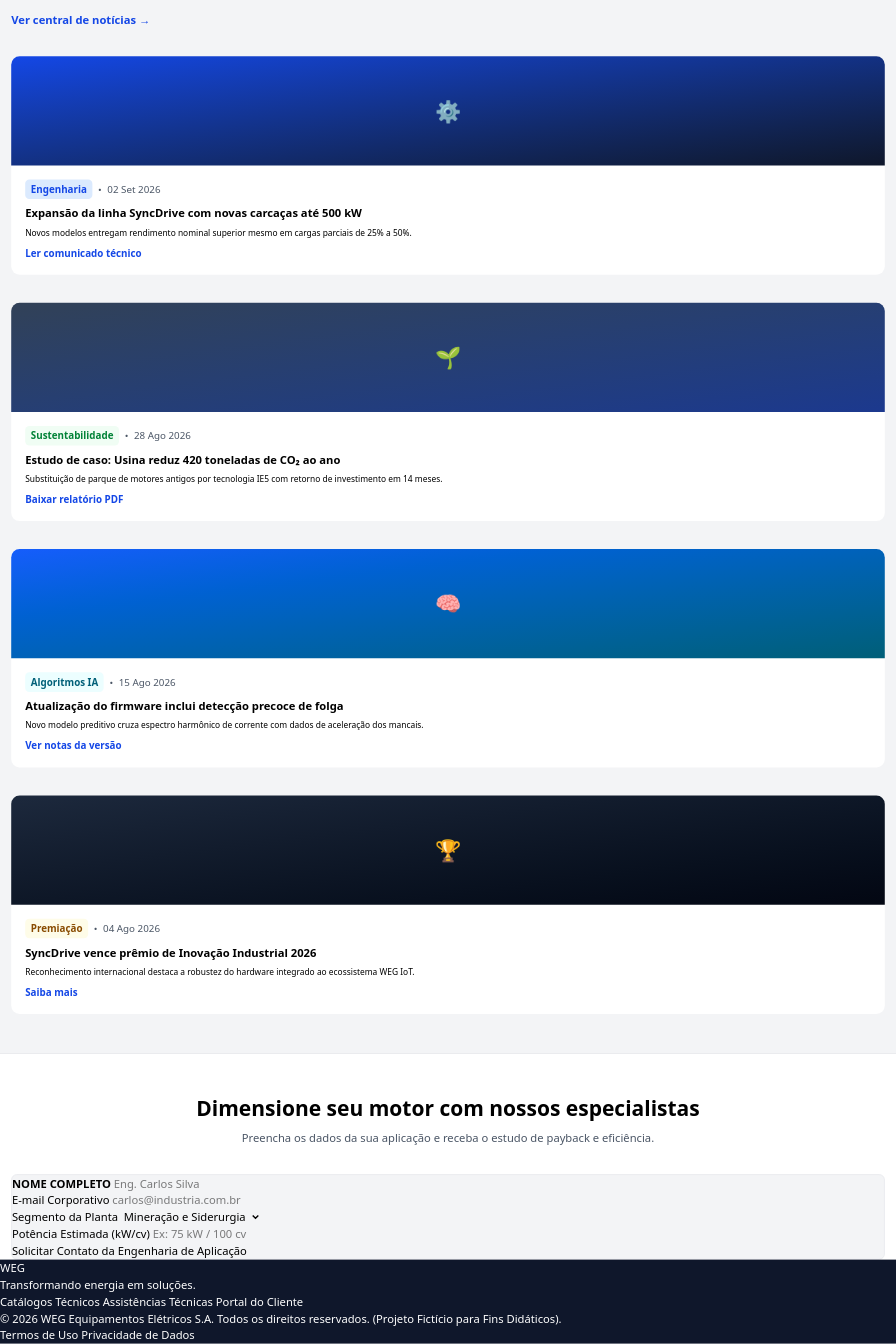
Repository: camilewng/Exercicio-Tailwind
Page: index.html
The author's editor kept a copy of each file at every save. The page is drawn from the files as they stood at one save, then again after the next save.
The browser window is 1280 px wide. The pictures show the part of the page from y = 3008 to 4928 px (the page is 4928 px tall before and 4904 px after), at 70% of full size.

Above is the page before, as saved 2026-09-14 18:05:04.

### index.html
<!DOCTYPE html>
<html lang="pt-BR">
<head>
  <meta charset="UTF-8">
  <meta name="viewport" content="width=device-width, initial-scale=1.0">
  <title>WEG SyncDrive IoT - Exercício Tailwind CSS</title>
  <script src="https://cdn.jsdelivr.net/npm/@tailwindcss/browser@4"></script>
</head>
<body>

  <!-- ==========================================
       1. HEADER / NAVBAR
       Desafio:
       - Fixar no topo (sticky top-0) com fundo translúcido/blur.
       - Logo WEG em destaque com fundo azul industrial.
       - Menu oculto em telas pequenas e visível em lg:.
  =========================================== -->
  <header>
    <div class="flex flex-row justify-between border-b border-gray-300 mb-15">
      <div class="flex">
        <div class="bg-blue-600 text-white text-2xl font-black w-20 h-10 text-center pt-0.75 rounded-sm m-3">
          WEG
        </div>
        <div class="flex flex-col border-l-2 border-gray-300 h-10 pl-2 mt-3">
          <span class="font-bold">SyncDrive</span>
          <span class="text-blue-600 uppercase font-medium text-xs">Industrial IoT</span>
        </div>
      </div>

      <nav class="hidden">
        <a href="#solucao">A Solução</a>
        <a href="#recursos">Tecnologia</a>
        <a href="#metricas">Performance</a>
        <a href="#aplicacoes">Aplicações</a>
        <a href="#novidades">Notícias</a>
      </nav>

      <div class="flex">
        <a href="#contato" class="hidden">Falar com Consultor</a>
        <a href="#contato" class="bg-blue-600 text-white px-4 py-2 mr-3 mt-3 mb-3 rounded-sm font-medium">
          Especificar Motor
        </a>
      </div>
    </div>
  </header>

  <main >
    <!-- ==========================================
         2. HERO SECTION
         Desafio:
         - Layout em grid de 2 colunas no desktop (texto + painel de telemetria).
         - Centralizado no mobile, alinhado à esquerda em lg:.
         - Estilizar o card escuro de telemetria com badges e status.
    =========================================== -->
    <section id="solucao" class="bg-gradient-to-t from-gray-200 to-white pb-15" >
      <div>
      <div >
        <div>

          <!-- Coluna 1: Conteúdo Textual -->
          <div class="flex flex-col">
            <span class="bg-blue-50 border border-blue-300 uppercase text-sm text-blue-600
                         font-semibold p-1 px-3 rounded-4xl flex mx-11 mb-6">
              Indústria 4.0 & Manutenção Preditiva
            </span>
            <h1 class="font-black text-3xl text-center w-85 mx-8 mb-6 leading-9">WEG SyncDrive: Confiabilidade extrema com inteligência preditiva.</h1>
            <p class="text-gray-600 text-center mx-2 mb-6">
              O motor elétrico síncrono que combina rendimento ultra-premium (IE5), sensoriamento integrado de vibração e temperatura e conectividade instantânea com a nuvem WEG IoT.
            </p>
            <div class="flex flex-col">
              <a href="#contato" class="bg-blue-600 mx-4 text-white flex justify-center font-medium py-3 rounded-sm mb-3">
                Solicitar Folha de Dados
              </a>
              <a href="#recursos" class="border border-gray-300 text-gray-700 font-semibold flex justify-center mx-4 py-3 rounded-sm bg-white mb-10">
                Conhecer a Arquitetura
              </a>
            </div>
          </div>

          <!-- Coluna 2: Card de Telemetria IoT -->
          <div class="bg-slate-900 text-white mx-4 rounded-2xl p-7 ">
            <div>
              <div class="flex justify-between border-b border-gray-600 mb-3">
                <span class="text-blue-400 text-sm mb-4">NODE_ID: WEG-MTR-8842</span>
                <div>
                  <span></span>
                  <span class="flex text-sm text-gray-400">Online 60Hz</span>
                </div>
              </div>

              <div>
                <div class="bg-slate-800 p-3 rounded-lg mb-4">
                  <span  class="text-sm text-gray-400">Eficiência Energética</span>
                  <div class="font-bold text-2xl">96.8% <span class="text-green-300 font-normal text-sm">(Padrão IE5)</span></div>
                </div>

                <div class="flex flex-row gap-4">
                  <div class="bg-slate-800 p-4 rounded-lg mb-4">
                    <span class="text-gray-400 text-sm">Vibração RMS</span>
                    <div class="font-semibold text-xl pb-2 pr-5">0.82 mm/s</div>
                    <span class="text-green-300 text-xs">✓ Faixa Ideal ISO</span>
                  </div>
                  <div class="bg-slate-800 p-4 rounded-lg mb-4">
                    <span class="text-gray-400 text-sm" >Temp. Mancal</span>
                    <div class="font-semibold text-xl pr-13 pb-2">62.4 °C</div>
                    <span class="text-blue-400 text-xs">Normal (PT100)</span>
                  </div>
                </div>

                <div class="bg-blue-950 text-xs px-3 py-3 text-blue-200/90 rounded-lg border border-blue-500/30">
                  ⚡ Previsão de manutenção: operação normal pelos próximos 12 meses.
                </div>
              </div>
            </div>
          </div>

        </div>
      </div>
    </section>

    <!-- ==========================================
         3. RECURSOS / ESPECIFICAÇÕES TÉCNICAS
         Desafio:
         - Grid responsivo de 3 colunas (1 col mobile, 3 cols desktop).
         - Efeito hover nos cards com transição suave de borda ou sombra.
    =========================================== -->
    <section id="recursos" class="p-5">
      <div>
        <div>
          <h2 class="font-black text-3xl text-center mt-12 mb-4">Engenharia pensada para regime contínuo</h2>
          <p class="text-gray-600 text-center mb-15">Projetado para suportar ambientes industriais severos sem comprometer o fluxo operacional.</p>
        </div>

        <div>
          <article class="bg-gray-100 p-5 rounded-lg border border-gray-300/80 mb-8">
            <div class="flex justify-center items-center bg-blue-100 w-11 h-11 rounded-lg mb-4">⚙️</div>
            <h3 class="text-xl font-bold mb-3">Nível de Rendimento IE5</h3>
            <p class="text-gray-600">Rotores com ímãs permanentes de terras raras que eliminam perdas por efeito Joule no rotor, gerando até 35% de economia em perdas elétricas.</p>
          </article>

          <article class="bg-gray-100 p-5 rounded-lg border border-gray-300/80 mb-8">
            <div class="flex justify-center items-center bg-blue-100 w-11 h-11 rounded-lg mb-4">📡</div>
            <h3 class="text-xl font-bold mb-3">Módulo IoT Plug & Play</h3>
            <p class="text-gray-600">Sensores triaxiais acoplados de fábrica comunicando via Bluetooth Low Energy ou redes industriais cabeadas diretamente com o gateway da planta.</p>
          </article>

          <article class="bg-gray-100 p-5 rounded-lg border border-gray-300/80 mb-8">
            <div class="flex justify-center items-center bg-blue-100 w-11 h-11 rounded-lg mb-4">🛡️</div>
            <h3 class="text-xl font-bold mb-3">Grau de Proteção IP66 / W3</h3>
            <p class="text-gray-600">Carcaça em ferro fundido de alta resistência mecânica com pintura anticorrosiva de alto desempenho, apto para atmosferas agressivas.</p>
          </article>
        </div>
      </div>
    </section>

    <!-- ==========================================
         4. MÉTRICAS / NÚMEROS INDUSTRIAIS
         Desafio:
         - Seção de alto contraste (fundo escuro slate-900).
         - Grid de 2 colunas no mobile e 4 colunas em telas maiores.
    =========================================== -->
    <section id="metricas" class="bg-slate-900">
      <div>
        <div class="grid grid-rows-2 grid-cols-2 pt-10 pb-5 px-8 gap-5">
          <div class="border-b border-gray-800 col-start-1 col-end-2 row-start-1 row-end-2">
            <div class="text-blue-400/90 font-black text-3xl text-center pb-1 pt-3">-70%</div>
            <div class="text-gray-300 text-sm pb-8">Paradas Não Planejadas</div>
          </div>
          <div  class="border-b border-gray-800 col-start-2 col-end-3 row-start-1 row-end-2 ">
            <div class="text-blue-400/90 font-black text-3xl text-center pb-1 pt-3">IE5</div>
            <div class="text-gray-300 text-sm">Classificação Energética</div>
          </div>
          <div class="col-start-1 col-end-2 row-start-2 row-end-3" >
            <div class="text-blue-400/90 font-black text-3xl text-center pb-1 pt-3">100k+</div>
            <div class="text-gray-300 text-xs">Horas de Vida dos Mancais</div>
          </div>
          <div class="col-start-2 col-end-3 row-start-2 row-end-3">
            <div class="text-blue-400/90 font-black text-3xl text-center pb-1 pt-3">24/7</div>
            <div class="text-gray-300 text-sm text-center">Telemetria em Nuvem</div>
          </div>
        </div>
      </div>
    </section>

    <!-- ==========================================
         5. APLICAÇÕES INDUSTRIAIS
         Desafio:
         - Grid de 4 colunas adaptável (1 col mobile, 2 sm, 4 lg).
         - Uso de tags de categoria uppercase com tipografia reduzida.
    =========================================== -->
    <section id="aplicacoes" class="pb-8 border-b border-gray-300/80">
      <div>
        <div>
          <h2 class="font-bold text-3xl text-center mt-15 mb-3">Projetado para indústrias críticas</h2>
          <p class="text-gray-600 text-center mx-5 mb-10">Linhas de montagem e processos onde a interrupção não é uma opção.</p>
        </div>

        <div class="flex flex-col">
          <div class="bg-gray-100 rounded-md border border-gray-300/80 mx-4 p-3 mb-6">
            <span class="uppercase text-blue-600 font-semibold text-sm">Mineração</span>
            <h4 class="text-xl font-bold mt-2 mb-2">Correias & Britadores</h4>
            <p class="text-gray-500 text-sm">Torque constante em baixas rotações sem necessidade de redutores pesados.</p>
          </div>

          <div class="bg-gray-100 rounded-md border border-gray-300/80 mx-4 p-3 mb-6">
            <span class="uppercase text-blue-600 font-semibold text-sm">Saneamento</span>
            <h4 class="text-xl font-bold mt-2 mb-2">Estações de Bombeamento</h4>
            <p class="text-gray-500 text-sm">Redução drástica do custo de kWh em bombas centrífugas de regime 24 horas.</p>
          </div>

          <div class="bg-gray-100 rounded-md border border-gray-300/80 mx-4 p-3 mb-6">
            <span class="uppercase text-blue-600 font-semibold text-sm">Papel & Celulose</span>
            <h4 class="text-xl font-bold mt-2 mb-2">Secadores e Bobinadeiras</h4>
            <p  class="text-gray-500 text-sm">Precisão milimétrica de sincronismo de velocidade entre rolos condutores.</p>
          </div>

          <div class="bg-gray-100 rounded-md border border-gray-300/80 mx-4 p-3 mb-6">
            <span class="uppercase text-blue-600 font-semibold text-sm">Agroindústria</span>
            <h4 class="text-xl font-bold mt-2 mb-2">Silos & Ventiladores</h4>
            <p class="text-gray-500 text-sm">Operação imune a poeira condutiva com baixo índice de aquecimento residual.</p>
          </div>
        </div>
      </div>
    </section>

    <!-- ==========================================
         6. NOVIDADES / NOTÍCIAS (4 ITENS)
         Desafio:
         - Cabeçalho com alinhamento justify-between.
         - 4 cards em grid: 1 col (mobile), 2 cols (md), 4 cols (lg).
         - Imagem/banner visual com gradiente em cada notícia.
         - Flexbox nos cards para fixar o link de leitura no rodapé.
    =========================================== -->
    <section id="novidades" class="bg-gray-100 p-4 border-b border-gray-200">
      <div>

        <div>
          <div class="flex flex-col">
            <span class="uppercase text-blue-700 font-semibold text-sm mt-15">Sala de Imprensa & Artigos</span>
            <h2 class="font-black text-3xl mt-2 mb-4">Últimas notícias WEG SyncDrive</h2>
          </div class="flex">
          <a href="#" class="text-blue-700 font-semibold">Ver central de notícias →</a>
        </div>

        <div>
          <!-- Notícia 1 -->
          <article class="bg-white rounded-xl mt-10">
            <div class="text-3xl py-15 text-center bg-gradient-to-br from-blue-700 to-slate-900 rounded-t-xl ">⚙️</div>
            <div class="px-5 py-5">
              <div class="flex">
                <span class="bg-blue-100 py-1 px-2 rounded-md text-blue-700 font-semibold text-sm mb-2 mr-2">Engenharia</span>
                <span class="text-gray-600 text-sm mr-2 pt-1">•</span>
                <time class="text-gray-600 text-sm pt-1">02 Set 2026</time>
              </div>
              <h3>
                <a href="#" class="font-bold text-md">Expansão da linha SyncDrive com novas carcaças até 500 kW</a>
              </h3>
              <p class="text-xs py-2">Novos modelos entregam rendimento nominal superior mesmo em cargas parciais de 25% a 50%.</p>
              <a href="#" class="text-blue-700 font-semibold text-sm">Ler comunicado técnico</a>
            </div>
          </article>

          <!-- Notícia 2 -->
          <article class="bg-white rounded-xl mt-10">
            <div class="text-3xl py-15 text-center bg-gradient-to-br from-slate-700 to-blue-900 rounded-t-xl ">🌱</div>
            <div class="px-5 py-5">
              <div class="flex">
                <span class="bg-green-50 py-1 px-2 rounded-md text-green-700 font-semibold text-sm mb-2 mr-2">Sustentabilidade</span>
                <span class="text-gray-600 text-sm mr-2 pt-1">•</span>
                <time class="text-gray-600 text-sm pt-1">28 Ago 2026</time>
              </div>
              <h3>
                <a href="#" class="font-bold text-md">Estudo de caso: Usina reduz 420 toneladas de CO₂ ao ano</a>
              </h3>
              <p class="text-xs py-2">Substituição de parque de motores antigos por tecnologia IE5 com retorno de investimento em 14 meses.</p>
              <a href="#" class="text-blue-700 font-semibold text-sm">Baixar relatório PDF</a>
            </div>
          </article>

          <!-- Notícia 3 -->
          <article class="bg-white rounded-xl mt-10">
            <div class="text-3xl py-15 text-center bg-gradient-to-br from-blue-600 to-cyan-800 rounded-t-xl ">🧠</div>
            <div class="px-5 py-5">
              <div class="flex">
                <span class="bg-cyan-50 py-1 px-2 rounded-md text-cyan-800 font-semibold text-sm mb-2 mr-2">Algoritmos IA</span>
                <span class="text-gray-600 text-sm mr-2 pt-1">•</span>
                <time class="text-gray-600 text-sm pt-1">15 Ago 2026</time>
              </div>
              <h3>
                <a href="#" class="font-bold text-md">Atualização do firmware inclui detecção precoce de folga</a>
              </h3>
              <p class="text-xs py-2">Novo modelo preditivo cruza espectro harmônico de corrente com dados de aceleração dos mancais.</p>
              <a href="#" class="text-blue-700 font-semibold text-sm">Ver notas da versão</a>
            </div>
          </article>

          <!-- Notícia 4 -->
          <article class="bg-white rounded-xl mt-10 mb-10">
            <div class="text-3xl py-15 text-center bg-gradient-to-br from-slate-800 to-gray-950 rounded-t-xl ">🏆</div>
            <div class="px-5 py-5">
              <div class="flex">
                <span class="bg-yellow-50 py-1 px-2 rounded-md text-yellow-800 font-semibold text-sm mb-2 mr-2">Premiação</span>
                <span class="text-gray-600 text-sm mr-2 pt-1">•</span>
                <time class="text-gray-600 text-sm pt-1">04 Ago 2026</time>
              </div>
              <h3>
                <a href="#" class="font-bold text-md">SyncDrive vence prêmio de Inovação Industrial 2026</a>
              </h3>
              <p class="text-xs py-2">Reconhecimento internacional destaca a robustez do hardware integrado ao ecossistema WEG IoT.</p>
              <a href="#" class="text-blue-700 font-semibold text-sm">Saiba mais</a>
            </div>
          </article>
        </div>

      </div>
    </section>

    <!-- ==========================================
         7. FORMULÁRIO DE CONTATO / DIMENSIONAMENTO
         Desafio:
         - Inputs estilizados com focus rings.
         - Grid de formulário com campos em 2 colunas no desktop.
    =========================================== -->
    <section id="contato">
      <div>
        <div>
          <h2 class="text-3xl px-5 font-bold text-center pb-3 mt-15">Dimensione seu motor com nossos especialistas</h2>
          <p class="text-center px-5 text-gray-600 pb-10">Preencha os dados da sua aplicação e receba o estudo de payback e eficiência.</p>
        </div>

        <form class="bg-gray-100 mx-4 border border-gray-200 rounded-lg">
          <div class="flex flex-col">
            <div>
              <label class="uppercase font-semibold">Nome Completo</label>
              <input type="text" placeholder="Eng. Carlos Silva">
            </div>
            <div>
              <label>E-mail Corporativo</label>
              <input type="email" placeholder="carlos@industria.com.br">
            </div>
          </div>

          <div>
            <div>
              <label>Segmento da Planta</label>
              <select>
                <option>Mineração e Siderurgia</option>
                <option>Papel e Celulose</option>
                <option>Saneamento e Água</option>
                <option>Química e Petroquímica</option>
                <option>Alimentos e Bebidas</option>
              </select>
            </div>
            <div>
              <label>Potência Estimada (kW/cv)</label>
              <input type="text" placeholder="Ex: 75 kW / 100 cv">
            </div>
          </div>

          <button type="submit">Solicitar Contato da Engenharia de Aplicação</button>
        </form>
      </div>
    </section>
  </main>

  <!-- ==========================================
       8. RODAPÉ / FOOTER
       Desafio:
       - Layout corporativo com tipografia sutil.
       - Disposição em flexbox responsivo (colunas empilhadas no mobile, linha no desktop).
  =========================================== -->
  <footer class="bg-slate-900 text-white">
    <div>
      <div>
        <div>
          <div>WEG</div>
          <span>Transformando energia em soluções.</span>
        </div>
        <div>
          <a href="#">Catálogos Técnicos</a>
          <a href="#">Assistências Técnicas</a>
          <a href="#">Portal do Cliente</a>
        </div>
      </div>
      <div>
        <p>© 2026 WEG Equipamentos Elétricos S.A. Todos os direitos reservados. (Projeto Fictício para Fins Didáticos).</p>
        <div>
          <a href="#">Termos de Uso</a>
          <a href="#">Privacidade de Dados</a>
        </div>
      </div>
    </div>
  </footer>

</body>
</html>

After the next save:
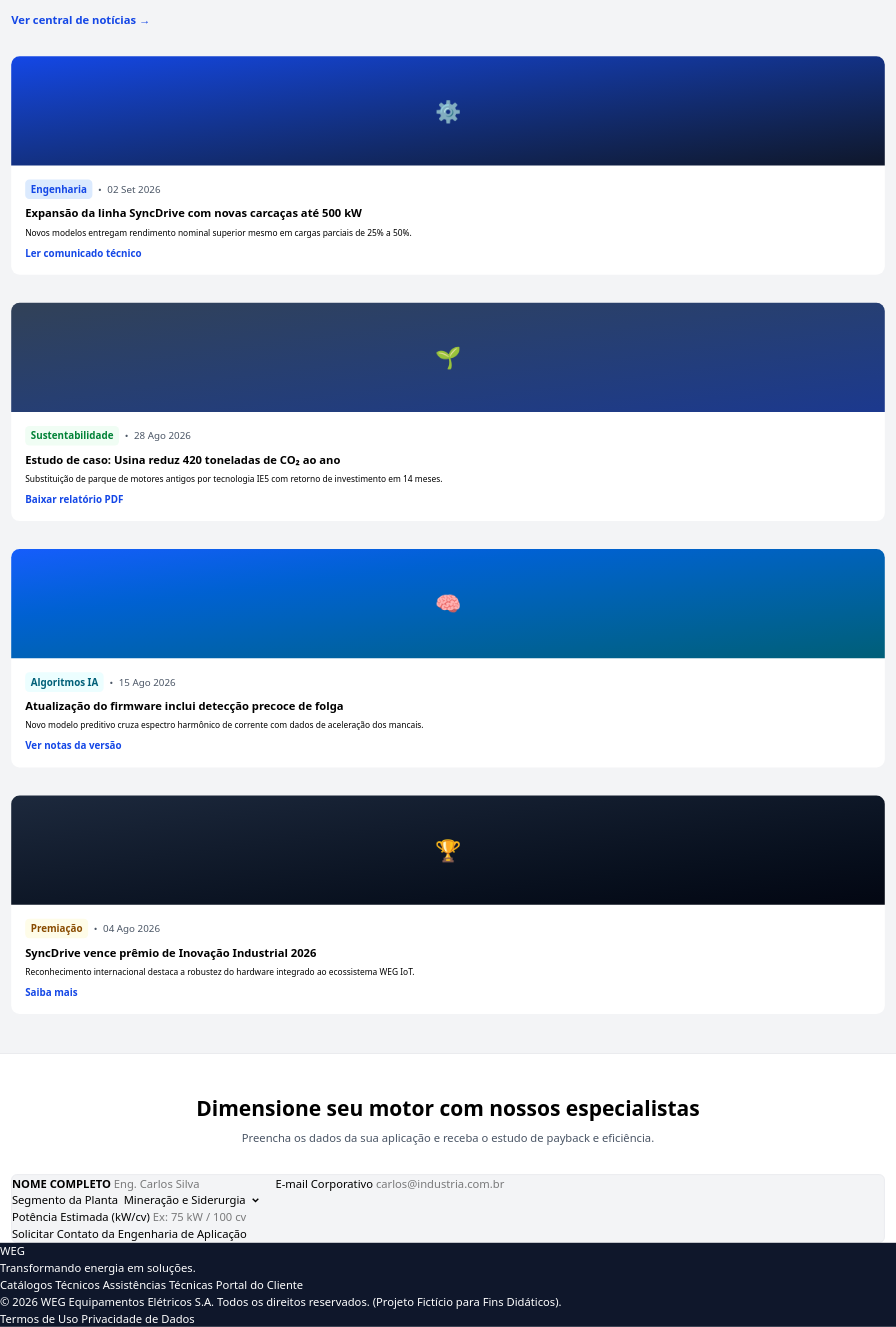
Saved 10 s later.
--- a/index.html
+++ b/index.html
@@ -329,7 +329,7 @@
         </div>
 
         <form class="bg-gray-100 mx-4 border border-gray-200 rounded-lg">
-          <div class="flex flex-col">
+          <div class="flex">
             <div>
               <label class="uppercase font-semibold">Nome Completo</label>
               <input type="text" placeholder="Eng. Carlos Silva">

After the save that followed:
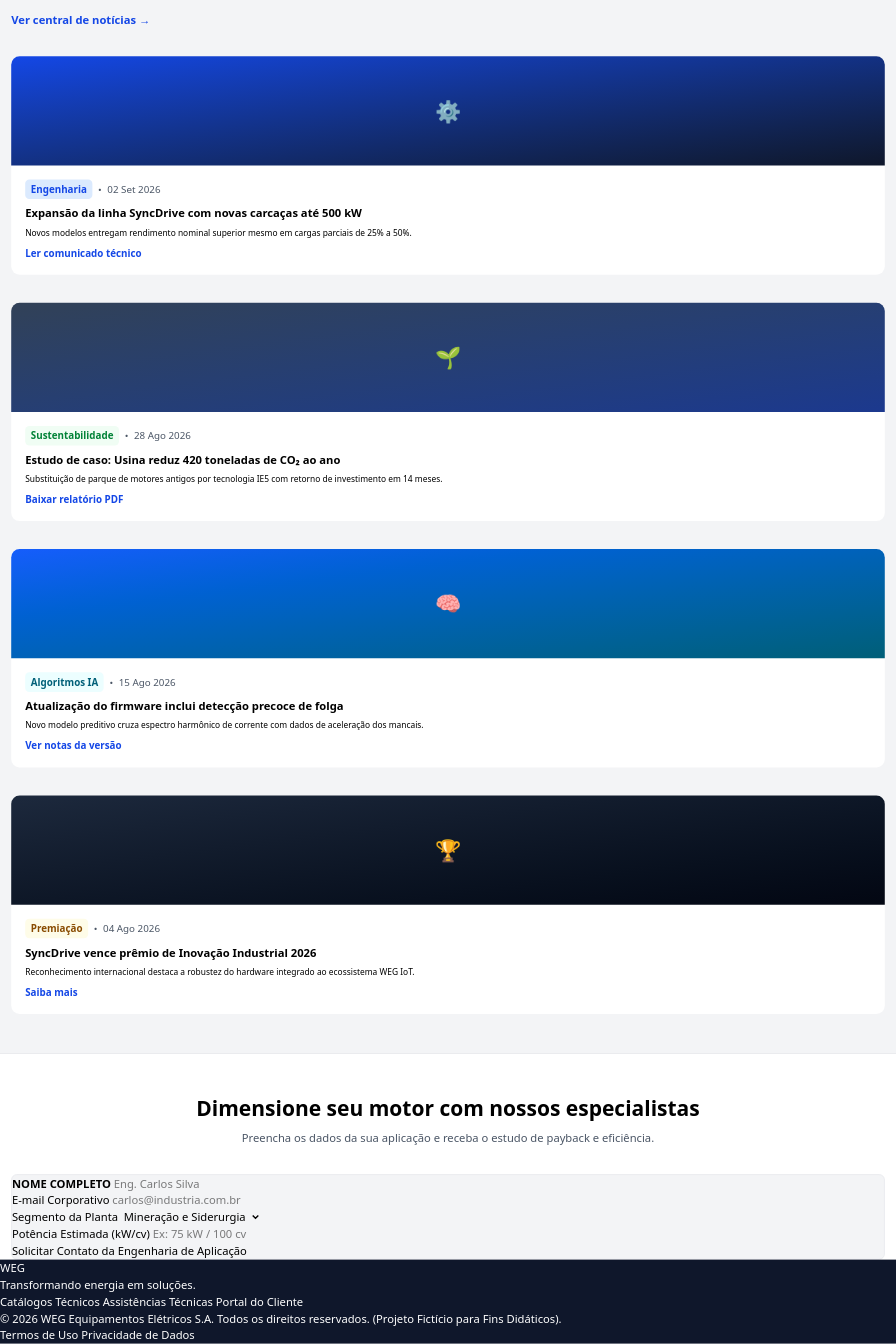
Saved 4 s later.
--- a/index.html
+++ b/index.html
@@ -329,7 +329,7 @@
         </div>
 
         <form class="bg-gray-100 mx-4 border border-gray-200 rounded-lg">
-          <div class="flex">
+          <div class="flex flex-col">
             <div>
               <label class="uppercase font-semibold">Nome Completo</label>
               <input type="text" placeholder="Eng. Carlos Silva">
